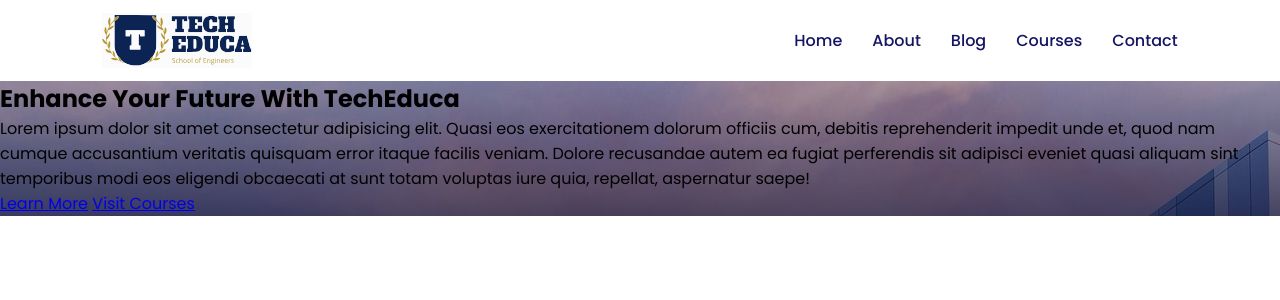
Repository: douglasabnovato/newtech
Page: index.html
An editor plug-in stored every save of this project. The page is shown before and after the next save, followed by the edit.
The browser window is 1280 px wide. The pictures show the whole page.
Some web libraries are served in a nearby version.

Above is the page before, as saved 2025-06-19 22:59:20.

### index.html
<!DOCTYPE html>
<html lang="en">
  <head>
    <meta charset="UTF-8" />
    <meta http-equiv="X-UA-Compatible" content="IE=edge" />
    <meta name="viewport" content="width=device-width, initial-scale=1.0" />
    <title>new TECH</title>

    <link
      rel="stylesheet"
      href="https://pro.fontawesome.com/releases/v5.10.0/css/all.css"
    />

    <link rel="stylesheet" href="style.css" />

    <script
      src="https://code.jquery.com/jquery-3.6.0.min.js"
      integrity="sha256-/xUj+3OJU5yExlq6GSYGSHk7tPXikynS7ogEvDej/m4="
      crossorigin="anonymous"
    ></script>
  </head>

  <body>
    <!-- Navigation -->
    <nav>
      <img src="./images/logo.svg" alt="logo o treinamento" srcset="" />
      <div class="navigation">
        <ul>
          <li><a href="#">Home</a></li>
          <li><a href="#">About</a></li>
          <li><a href="#">Blog</a></li>
          <li><a href="#">Courses</a></li>
          <li><a href="#">Contact</a></li>
        </ul>
      </div>
    </nav>

    <!-- Home -->
    <section id="home">
      <h2>Enhance Your Future With TechEduca</h2>
      <p>
        Lorem ipsum dolor sit amet consectetur adipisicing elit. Quasi eos
        exercitationem dolorum officiis cum, debitis reprehenderit impedit unde
        et, quod nam cumque accusantium veritatis quisquam error itaque facilis
        veniam. Dolore recusandae autem ea fugiat perferendis sit adipisci
        eveniet quasi aliquam sint temporibus modi eos eligendi obcaecati at
        sunt totam voluptas iure quia, repellat, aspernatur saepe!
      </p>
      <div class="btn">
        <a href="#" class="blue">Learn More</a>
        <a href="#" class="yellow">Visit Courses</a>
      </div>
    </section>

    <!-- features -->

    <!-- Courses -->

    <!-- Registration -->

    <!-- Profiles -->

    <!-- Footer -->

    <script>
      // Navaigation Bar
    </script>
  </body>
</html>

### style.css
@import url("https://fonts.googleapis.com/css2?family=Poppins:wght@100;200;300;400;500;600;700;800;900&display=swap");
* {
  margin: 0;
  padding: 0;
  box-sizing: border-box;
  font-family: "Poppins", sans-serif;
}

body {
  font-family: "Poppins", sans-serif;
}

/* Global Tags */

h1 {
  font-size: 2.5rem;
  font-weight: 700;
  color: rgb(35, 35, 85);
}

span {
  font-size: 0.9rem;
  color: #757373;
}

h6 {
  font-size: 1.1rem;
  color: rgb(24, 24, 49);
}

/* Navigation */
nav {
  display: flex;
  flex-direction: row;
  justify-content: space-between;
  align-items: center;
  padding: 1vw 8vw;
  box-shadow: 2px 2px 10px rgba(0, 0, 0, 0.15);
}

nav img {
  width: 150px;
  cursor: pointer;
}

nav .navigation ul {
  display: flex;
  justify-content: flex-end;
  align-items: center;
}

nav .navigation ul li {
  list-style: none;
  margin-left: 30px;
}

nav .navigation ul li a {
  text-decoration: none;
  color: rgb(21, 21, 100);
  font-size: 16px;
  font-weight: 500;
  transition: 0.3s ease;
}

nav .navigation ul li a:hover {
  color: #fdc938;
}

/* Home */

#home {
  background-image: linear-gradient(rgba(9, 5, 54, 0.3), rgba(5, 4, 46, 0.7)),
    url("./images/back.jpg");
}

/* features */

/* course */

/* registration */

/* experts */

/* footer */

/* About */

/* Blog */

/* Course_inner */

/* contact */

/* responsive */

@media (max-width: 769px) {
}

@media (max-width: 475px) {
}

After the next save:
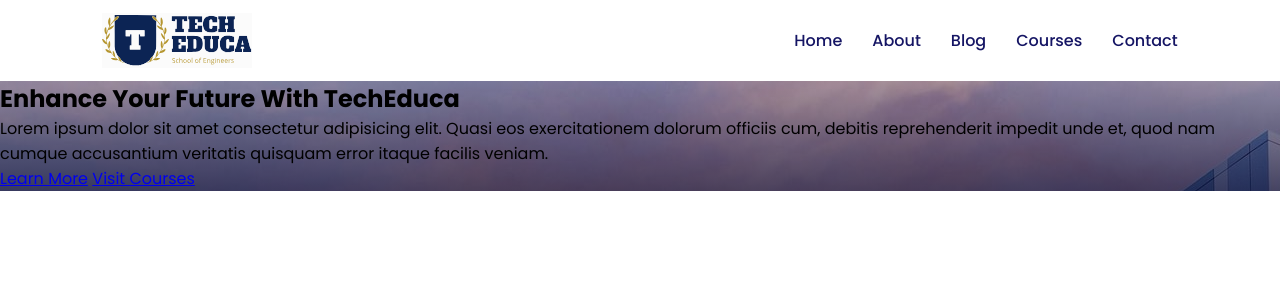
Saved 34 s later.
--- a/index.html
+++ b/index.html
@@ -42,9 +42,7 @@
         Lorem ipsum dolor sit amet consectetur adipisicing elit. Quasi eos
         exercitationem dolorum officiis cum, debitis reprehenderit impedit unde
         et, quod nam cumque accusantium veritatis quisquam error itaque facilis
-        veniam. Dolore recusandae autem ea fugiat perferendis sit adipisci
-        eveniet quasi aliquam sint temporibus modi eos eligendi obcaecati at
-        sunt totam voluptas iure quia, repellat, aspernatur saepe!
+        veniam.
       </p>
       <div class="btn">
         <a href="#" class="blue">Learn More</a>
